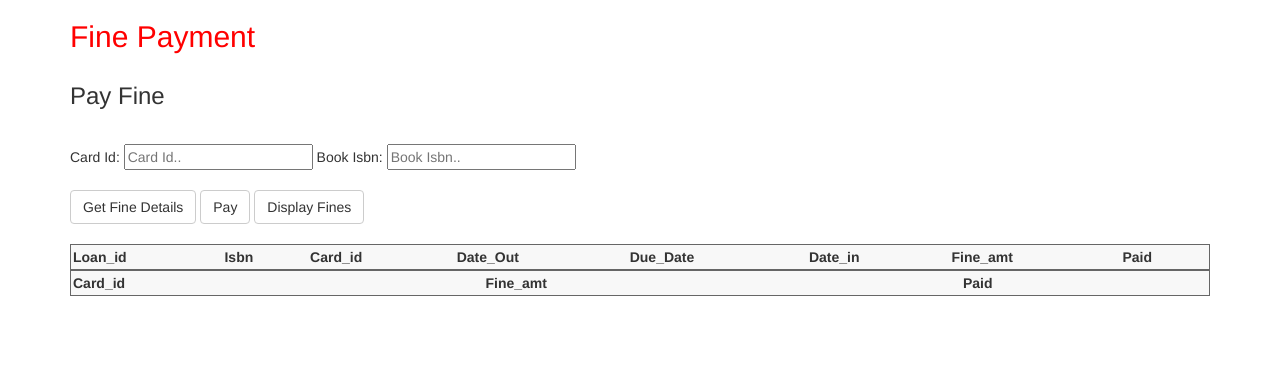
Repository: ApurvaMithal/LibraryManagementSystem
Page: http://localhost/LibraryManagementSystem/FinePay.jsp
An editor plug-in stored every save of this project. The page is shown before and after the next save, followed by the edit.
The browser window is 1280 px wide. The pictures show the whole page.
Some web fonts or font styles are not loaded; a fallback is used. The page is served by Tomcat 9.

Above is the page before, as saved 2018-03-03 00:17:06.

After the next save:
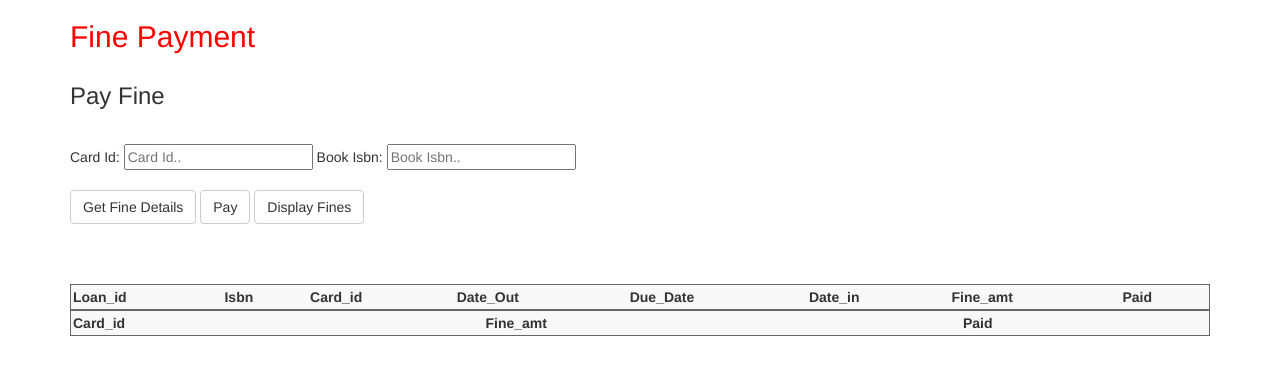
Saved 49 s later.
--- a/eclipse/LibraryManagementSystem/WebContent/FinePay.jsp
+++ b/eclipse/LibraryManagementSystem/WebContent/FinePay.jsp
@@ -182,7 +182,7 @@ jQuery(window).ready(function() {
                 <th>Fine_amt</th>
                 <th>Paid</th>
             </tr>
-
+		</br></br>
          </table>
           <table id="fineDetailsSum">
             <tr>
